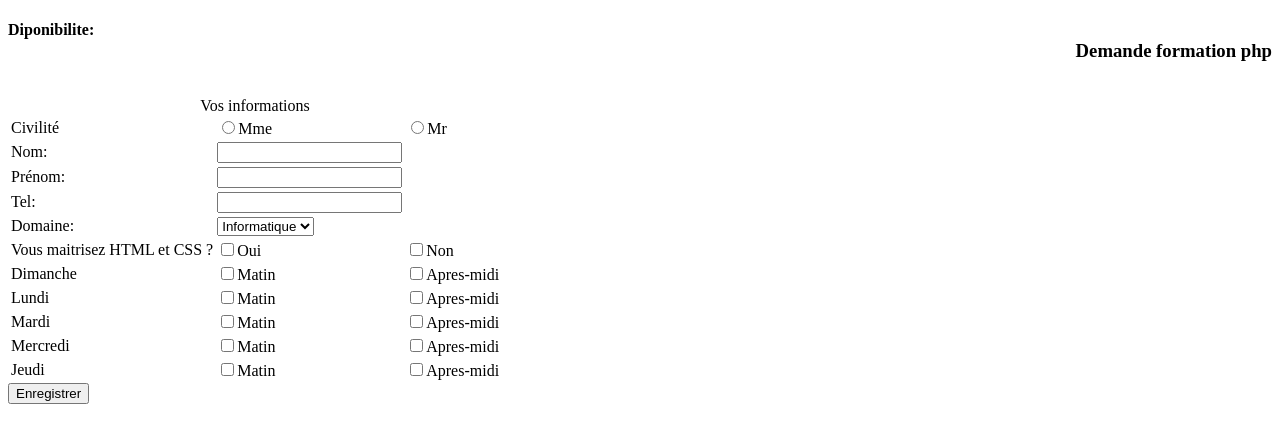
Repository: imouahrani/Gestion-des-stagiaires_JAVAEE
Page: http://localhost/LoginProjet/FormulaireInscription.jsp
The author's editor kept a copy of each file at every save. The page is drawn from the files as they stood at one save, then again after the next save.
The browser window is 1280 px wide. The pictures show the whole page.
The page is served by Tomcat 9. Other server files are loaded and not shown. The template is opened directly, without the code that normally fills it, so the values that code supplies are empty.

Above is the page before, as saved 2018-08-02 08:57:57.

### Formation Java Entreprise Edition/LoginProjet/WebContent/FormulaireInscription.jsp
<%@ page language="java" contentType="text/html; charset=UTF-8"
    pageEncoding="UTF-8"%>
<!DOCTYPE html PUBLIC "-//W3C//DTD HTML 4.01 Transitional//EN" "http://www.w3.org/TR/html4/loose.dtd">
<html>
<head>
<meta http-equiv="Content-Type" content="text/html; charset=UTF-8">
<title>Insert title here</title>
</head>
<body>

<b style="color: red;">
<%

String message = (String)request.getAttribute("m");
if(message != null){

	out.println(message);
}


%>
</b>

<form action="TraiteInscription" method="post">
<h3 style="float: right;">Demande formation php</h3>

<table>
<caption>Vos informations</caption>
<tr>

<td>Civilité</td>
<td><input type="radio" name ="civilite">Mme</td>
<td><input type="radio" name ="civilite">Mr</td>



</tr>

<tr>

<td>Nom:</td>
<td><input type="text" name ="nom"></td>


</tr>
<tr>

<td>Prénom:</td>
<td><input type="text" name ="prenom"></td>


</tr>
<tr>

<td>Tel:</td>
<td><input type="text" name ="tel"></td>


</tr>
<tr>

<td>Domaine:</td>
<td>

<select name="domaine">
  <option>Informatique</option>
  <option>Automatique</option>

</select>

</td>


</tr>
<tr>

<td>Vous maitrisez HTML et CSS ?</td>
<td><input type="checkbox" name ="question">Oui</td>
<td><input type="checkbox" name ="question">Non</td>


</tr>
<tr>
<h4>Diponibilite:</h4>
<br><br>
<td>Dimanche</td>
<td><input type="checkbox" name ="matin">Matin</td>
<td><input type="checkbox" name ="aprem">Apres-midi</td>


</tr>


<tr>
<td>Lundi</td>
<td><input type="checkbox" name ="matin">Matin</td>
<td><input type="checkbox" name ="aprem">Apres-midi</td>


</tr>
<tr>
<td>Mardi</td>
<td><input type="checkbox" name ="matin">Matin</td>
<td><input type="checkbox" name ="aprem">Apres-midi</td>


</tr>
<tr>
<td>Mercredi</td>
<td><input type="checkbox" name ="matin">Matin</td>
<td><input type="checkbox" name ="aprem">Apres-midi</td>


</tr>
<tr>
<td>Jeudi</td>
<td><input type="checkbox" name ="matin">Matin</td>
<td><input type="checkbox" name ="aprem">Apres-midi</td>


</tr>







</table>


<input type="submit" value="Enregistrer">



</form>














</body>
</html>

After the next save:
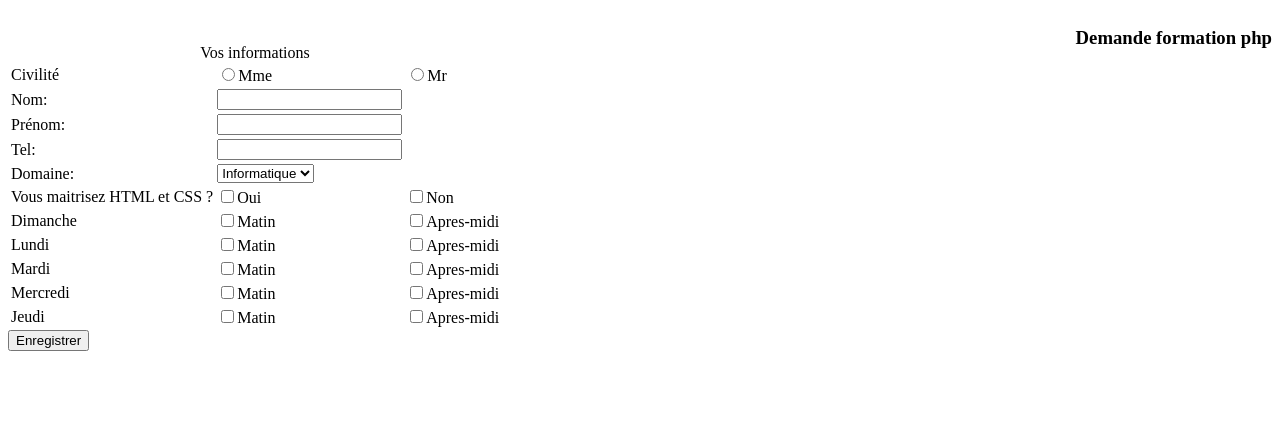
Saved 51 s later.
--- a/Formation Java Entreprise Edition/LoginProjet/WebContent/FormulaireInscription.jsp
+++ b/Formation Java Entreprise Edition/LoginProjet/WebContent/FormulaireInscription.jsp
@@ -78,11 +78,10 @@ if(message != null){
 <td><input type="checkbox" name ="question">Oui</td>
 <td><input type="checkbox" name ="question">Non</td>
 
+<br><br>
 
 </tr>
 <tr>
-<h4>Diponibilite:</h4>
-<br><br>
 <td>Dimanche</td>
 <td><input type="checkbox" name ="matin">Matin</td>
 <td><input type="checkbox" name ="aprem">Apres-midi</td>
